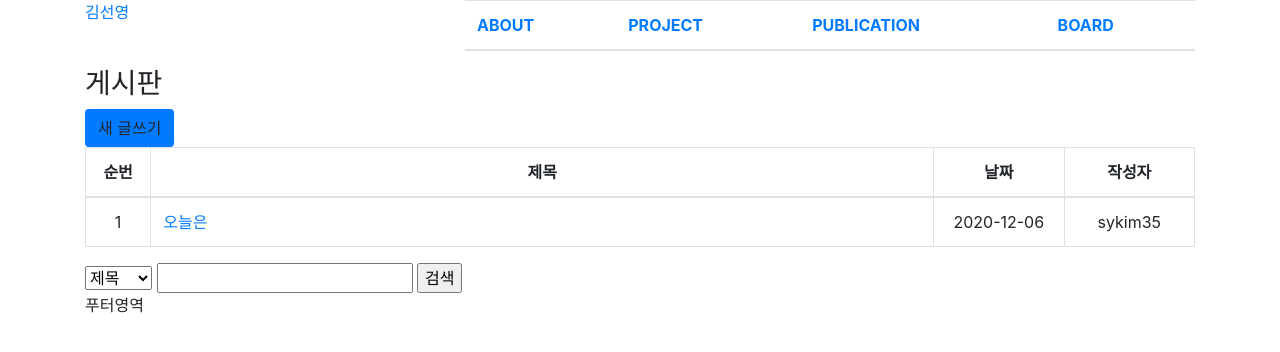
Repository: supremest35/web-projects
Page: http://localhost/noticeboard/board/list.jsp?pno=1
An editor plug-in stored every save of this project. The page is shown before and after the next save, followed by the edit.
The browser window is 1280 px wide. The pictures show the whole page.
The page is served by Tomcat 9. Other server files are loaded and not shown. Queries for data that is not in the repository find no rows.

Above is the page before, as saved 2020-12-06 05:47:51.

### noticeboard/WebContent/board/list.jsp
<%@page import="dao.BoardDao"%>
<%@page import="vo.Board"%>
<%@page import="java.util.List"%>
<%@page import="util.StringUtils"%>
<%@ page language="java" contentType="text/html; charset=UTF-8"
    pageEncoding="UTF-8"%>
<!DOCTYPE html>
<html lang="ko">
<head>
  <title>Bootstrap 4 Example</title>
  <meta charset="utf-8">
  <meta name="viewport" content="width=device-width, initial-scale=1">
  <link rel="stylesheet" href="https://maxcdn.bootstrapcdn.com/bootstrap/4.5.2/css/bootstrap.min.css">
  <script src="https://ajax.googleapis.com/ajax/libs/jquery/3.5.1/jquery.min.js"></script>
  <script src="https://cdnjs.cloudflare.com/ajax/libs/popper.js/1.16.0/umd/popper.min.js"></script>
  <script src="https://maxcdn.bootstrapcdn.com/bootstrap/4.5.2/js/bootstrap.min.js"></script>
</head>
<body>
<%
	int pageNo = StringUtils.stringToInt(request.getParameter("pno"), 1);
	BoardDao boardDao = BoardDao.getInstance();
	List<Board> boards = boardDao.getAllBoards();

%>
<div class="container">
	<div class="row">
		<div class="col-2"><a href="index.jsp">김선영</a></div>
		<div class="col-2"></div>
		<div class="col-8">
			<table class="table">
				<thead>
					<tr>
						<th><a href="">ABOUT</a></th>
						<th><a href="">PROJECT</a></th>
						<th><a href="">PUBLICATION</a></th>
						<th><a href="board/list?pno=<%=pageNo %>.jsp">BOARD</a></th>
					</tr>
				</thead>
			</table>
		</div>
	</div>
	<div class="row">
		<div class="col-12">
			<h3>게시판</h3>
			<a href="form.jsp" class="btn bg-primary">새 글쓰기</a>
		</div>
		<div class="col-12">
			<div class="table">
				<table class="table table-bordered table-hover">
					<thead>
						<tr>
							<th style="width: 50px; text-align: center;">순번</th>
							<th style="width: 600px; text-align: center;">제목</th>
							<th style="width: 100px; text-align: center;">날짜</th>
							<th style="width: 100px; text-align: center;">작성자</th>
						</tr>
					</thead>
					<tbody>
						<tr>
						<%

						%>
							<td style="width: 50px; text-align: center;">1</td>
							<td style="width: 600px;"><a href="">오늘은</a></td>
							<td style="width: 100px; text-align: center;">2020-12-06</td>
							<td style="width: 100px; text-align: center;">sykim35</td>
						</tr>
					</tbody>
				</table>
			</div>
		</div>
		<div class="col-12 text-align">
			<form action="search.jsp">
				<select name="searchType">
					<option value="제목">제목</option>
					<option value="작성자">작성자</option>
				</select>
				<input type="text" name="keyword" />
				<input type="submit" value="검색" />
			</form>
		</div>
	</div>
	<div class="row">
		<div class="col-12">푸터영역</div>
	</div>
</div>
</body>
</html>

### noticeboard/src/util/StringUtils.java
package util;

public class StringUtils {

	public static int stringToInt(String value, int defaultValue) {
		if (value == null) {
			return defaultValue;
		}

		try {
			return Integer.parseInt(value);
		} catch (NumberFormatException e) {
			return defaultValue;
		}
	}

	public static int stringToInt(String value) {
		return stringToInt(value, 0);
	}

	public static long stringToLong(String value, long defaultValue) {
		if (value == null) {
			return defaultValue;
		}

		try {
			return Long.parseLong(value);
		} catch (NumberFormatException e) {
			return defaultValue;
		}
	}

	public static long stringToLong(String value) {
		return stringToLong(value, 0L);
	}

	public static double stringToDouble(String value, double defaultValue) {
		if (value == null) {
			return defaultValue;
		}

		try {
			return Double.parseDouble(value);
		} catch (NumberFormatException e) {
			return defaultValue;
		}
	}

	public static double stringToDouble(String value) {
		return stringToDouble(value, 0.0);
	}
}

### noticeboard/src/dao/BoardDao.java
package dao;

import java.sql.Connection;
import java.sql.PreparedStatement;
import java.sql.ResultSet;
import java.sql.SQLException;
import java.util.ArrayList;
import java.util.List;

import util.ConnectionUtil;
import vo.Board;
import vo.BoardImage;

public class BoardDao {

	private static final String GET_BOARD_NO_SQL = "select test_board_seq.nextval no from dual";
	private static final String INSERT_BOARD_SQL = "insert into test_board (board_no, board_title, board_document, user_id)"
			+ " values (?, ?, ?, ?)";
	private static final String INSERT_BOARD_IMAGE_SQL = "insert into test_board_images (board_no, image_filename, image_index)"
			+ " values (?, ?, ?)";
	private static final String GET_ALL_BOARDS_SQL = "select * from test_board";
	private static final String GET_ALL_BOARD_IMAGES_SQL = "select * from test_board_images";

	// 싱글턴 객체
	private static final BoardDao boardDao = new BoardDao();
	private BoardDao() {}
	public static BoardDao getInstance() {
		return boardDao;
	}

	public int getBoardNo() throws SQLException {
		int boardNo = 0;

		Connection con = ConnectionUtil.getConnection();
		PreparedStatement pstmt = con.prepareStatement(GET_BOARD_NO_SQL);
		ResultSet rs = pstmt.executeQuery();

		rs.next();

		boardNo = rs.getInt("no");

		return boardNo;

	}

	public List<Board> getAllBoards() throws SQLException {
		List<Board> boards = new ArrayList<Board>();

		Connection con = ConnectionUtil.getConnection();
		PreparedStatement pstmt = con.prepareStatement(GET_ALL_BOARDS_SQL);
		ResultSet rs = pstmt.executeQuery();

		while (rs.next()) {
			Board board = new Board();
			board.setNo(rs.getInt("board_no"));
			board.setTitle(rs.getString("board_title"));
			board.setDocument(rs.getString("board_document"));
			board.setCreateDate(rs.getDate("board_create_date"));
			board.setUserId(rs.getString("user_id"));
			boards.add(board);
		}

		rs.close();
		pstmt.close();
		con.close();
		return boards;
	}

	public List<BoardImage> getAllBoardImages() throws SQLException {
		List<BoardImage> boardImages = new ArrayList<BoardImage>();
		Connection con = ConnectionUtil.getConnection();
		PreparedStatement pstmt = con.prepareStatement(GET_ALL_BOARD_IMAGES_SQL);
		ResultSet rs = pstmt.executeQuery();

		while (rs.next()) {
			BoardImage boardImage = new BoardImage();
			boardImage.setNo(rs.getInt("board_no"));
			boardImage.setFileName(rs.getString("image_filename"));
			boardImage.setIndex(rs.getInt("image_index"));
			boardImages.add(boardImage);
		}

		rs.close();
		pstmt.close();
		con.close();
		return boardImages;
	}


	public void insertBoard(Board board) throws SQLException {

		Connection con = ConnectionUtil.getConnection();
		PreparedStatement pstmt = con.prepareStatement(INSERT_BOARD_SQL);
		pstmt.setInt(1, board.getNo());
		pstmt.setString(2, board.getTitle());
		pstmt.setString(3, board.getDocument());
		pstmt.setString(4, board.getUserId());
		pstmt.executeUpdate();

		pstmt.close();
		con.close();
	}

	public void insertBoardImage(BoardImage boardImage) throws SQLException {
		Connection con = ConnectionUtil.getConnection();
		PreparedStatement pstmt = con.prepareStatement(INSERT_BOARD_IMAGE_SQL);
		pstmt.setInt(1, boardImage.getNo());
		pstmt.setString(2, boardImage.getFileName());
		pstmt.setInt(3, boardImage.getIndex());
		pstmt.executeUpdate();

		pstmt.close();
		con.close();
	}

}

### noticeboard/src/util/ConnectionUtil.java
package util;

import java.sql.Connection;
import java.sql.DriverManager;
import java.sql.SQLException;

public class ConnectionUtil {

	private static final String DRIVER_NAME = "oracle.jdbc.OracleDriver";
	private static final String DB_URL = "jdbc:oracle:thin:@localhost:1521:xe";
	private static final String USER = "hta";
	private static final String PASSWORD = "zxcv1234";

	static {
		try {
			Class.forName(DRIVER_NAME);
		} catch (ClassNotFoundException e) {
			e.printStackTrace();
		}
	}

	public static Connection getConnection() throws SQLException {
		return DriverManager.getConnection(DB_URL, USER, PASSWORD);
	}
}

After the next save:
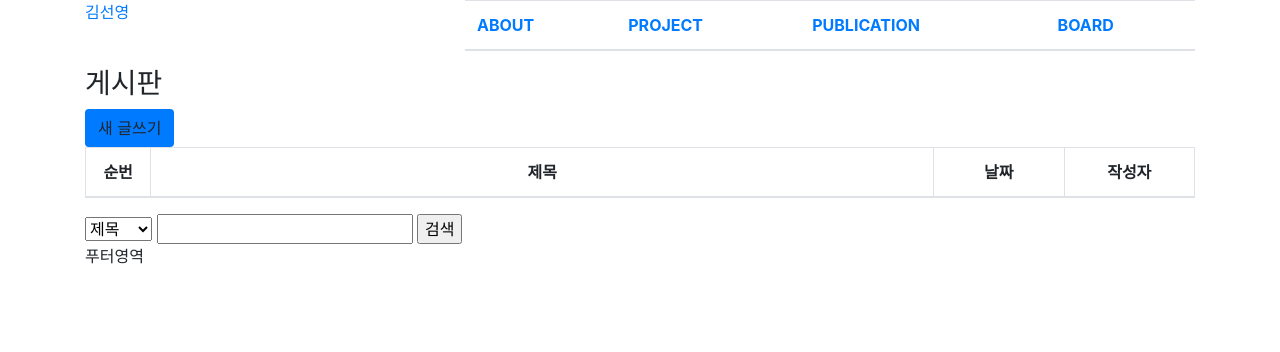
Saved 105 s later.
--- a/noticeboard/WebContent/board/list.jsp
+++ b/noticeboard/WebContent/board/list.jsp
@@ -56,15 +56,19 @@
 						</tr>
 					</thead>
 					<tbody>
-						<tr>
 						<%
+							for (Board board : boards) {
+						%>
+							<tr>
+								<td style="width: 50px; text-align: center;"><%=board.getNo() %></td>
+								<td style="width: 600px;"><a href=""><%=board.getTitle() %></a></td>
+								<td style="width: 100px; text-align: center;"><%=board.getCreateDate() %></td>
+								<td style="width: 100px; text-align: center;"><%=board.getUserId() %></td>
 
+							</tr>
+						<%
+							}
 						%>
-							<td style="width: 50px; text-align: center;">1</td>
-							<td style="width: 600px;"><a href="">오늘은</a></td>
-							<td style="width: 100px; text-align: center;">2020-12-06</td>
-							<td style="width: 100px; text-align: center;">sykim35</td>
-						</tr>
 					</tbody>
 				</table>
 			</div>
